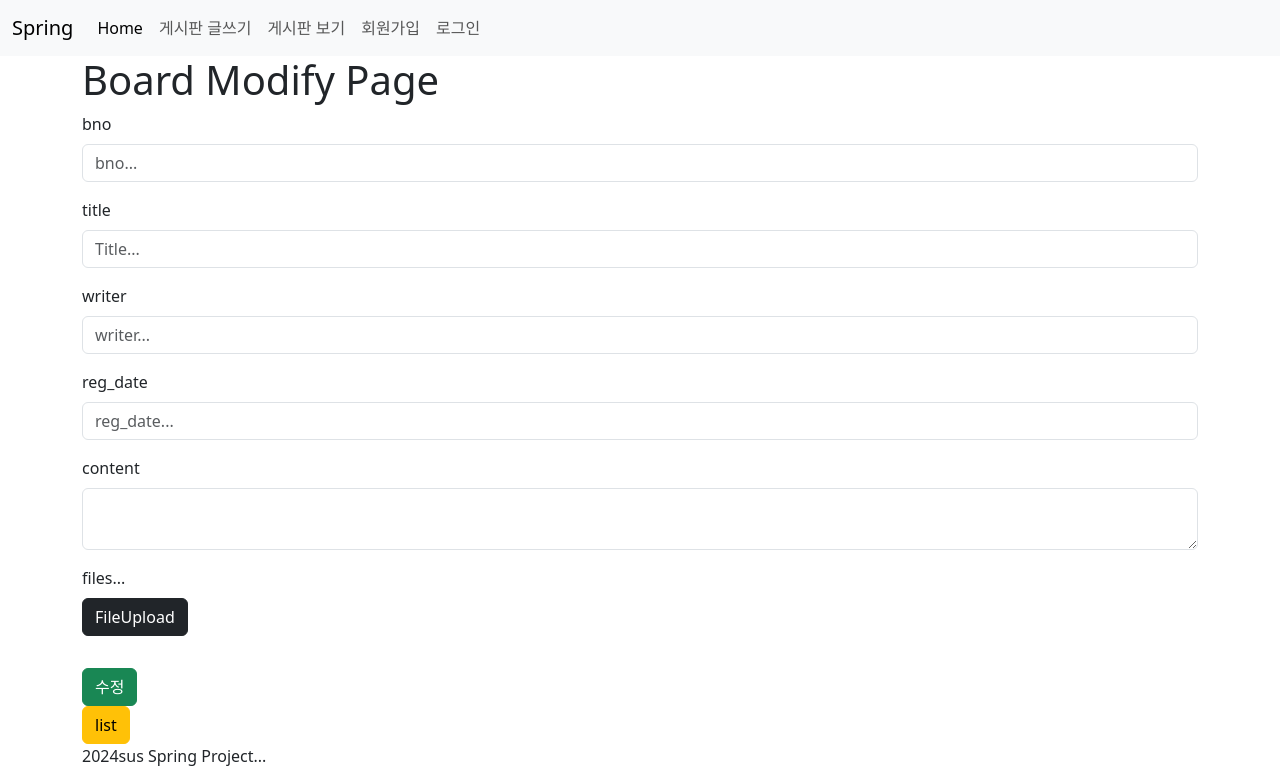
Repository: Ceciliaseon/springTest20240430
Page: http://localhost/spring_study/WEB-INF/views/board/modify.jsp
An editor plug-in stored every save of this project. The page is shown before and after the next save, followed by the edit.
The browser window is 1280 px wide. The pictures show the whole page.
The page is served by Tomcat 9. Nobody is signed in. The template is opened directly, without the code that normally fills it, so the values that code supplies are empty.

Above is the page before, as saved 2024-04-30 01:33:58.

After the next save:
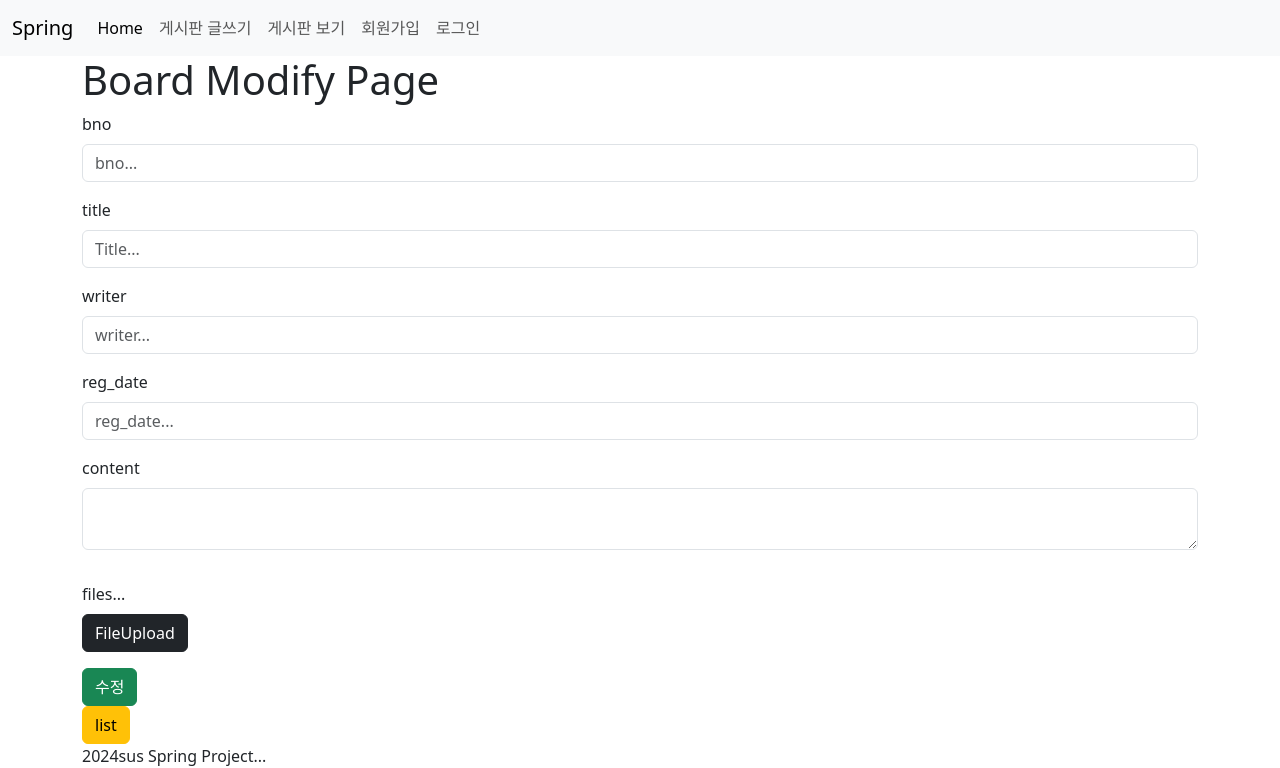
Saved 71 s later.
--- a/spring_study/src/main/webapp/WEB-INF/views/board/modify.jsp
+++ b/spring_study/src/main/webapp/WEB-INF/views/board/modify.jsp
@@ -28,17 +28,6 @@
 			  <textarea class="form-control" id="c" name="content" aria-label="With textarea" >${bvo.content }</textarea>
 			</div>
 
-			<!-- 파일 추가 -->
-			<div class="mb-3">
-			  <label for="file" class="form-label">files...</label>
-			  <input type="file" class="form-control" name="files" id="file" multiple="multiple" style="display: none"> <br>
-			  <button type="button" class="btn btn-dark" id="trigger">FileUpload</button>
-			</div>
-
-			<!-- 파일 목록 표시라인 -->
-			<div class="mb-3" id="fileZone">
-
-			</div>
 			<c:set value="${bdto.flist }" var="flist" />
 			<div class="mb-3">
 				<ul class="list-group list-group-flush">
@@ -70,7 +59,17 @@
 				</c:forEach>
 	  			</ul>
 			</div>
-			<button type="submit" class="btn btn-success">수정</button>
+			<!-- 파일 추가 -->
+			<div class="mb-3">
+			  <label for="file" class="form-label">files...</label>
+			  <input type="file" class="form-control" name="files" id="file" multiple="multiple" style="display: none"> <br>
+			  <button type="button" class="btn btn-dark" id="trigger">FileUpload</button>
+			</div>
+
+			<!-- 파일 목록 표시라인 -->
+			<div class="mb-3" id="fileZone">
+			</div>
+			<button type="submit" class="btn btn-success" id="regBtn">수정</button>
 		</form>
 		<a href="/board/list"><button type="button" class="btn btn-warning">list</button></a>
 </div>
